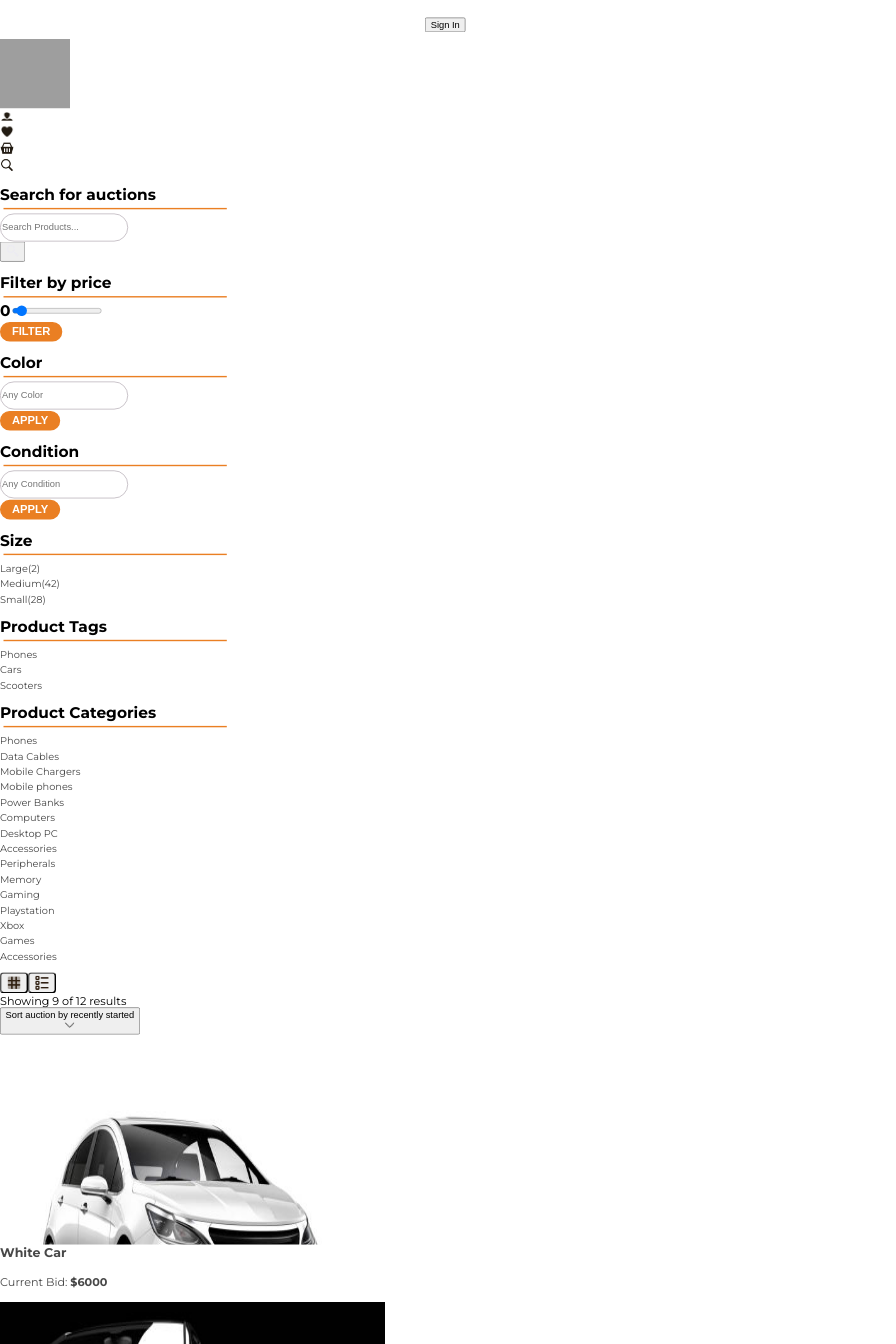
Repository: Arzun000/auction
Page: /shop
An editor plug-in stored every save of this project. The page is shown before and after the next save, followed by the edit.
The browser window is 1280 px wide. The pictures show the part of the page from y = 1000 to 2920 px (the page is 6263 px tall before and 6347 px after), at 70% of full size.
Pictures or frames that could not be fetched are drawn as grey boxes. The project was rebuilt for these pictures with package versions that can differ from the ones it lists, and the page was loaded fresh each time. The framework's server and built-in components were replaced by stand-ins that run in the browser. Also part of the build but not shown: next.config.js, webpack.config.js, components/Testpage.js, pages/shop/Shop.module.css, components/icons/Iconsverticalbid.js, components/icons/Iconsverticalbuy.js.

Above is the page before, as saved 2022-04-03 17:45:51.

### pages/_app.js
import "../styles/globals.css";
import "tailwindcss/tailwind.css";
import "slick-carousel/slick/slick.css";
import "slick-carousel/slick/slick-theme.css";

function MyApp({ Component, pageProps }) {
  return <Component {...pageProps} />;
}

export default MyApp;

### components/header/Headerthree.js
import React from "react";
import Link from "next/link";
import { fallDown as Menu } from "react-burger-menu";
import styles from "./Headerthree.module.css";
import { createPopper } from "@popperjs/core";

export const Headerthree = () => {
  const [dropdownPopoverShow, setDropdownPopoverShow] = React.useState(false);
  const btnDropdownRef = React.createRef();
  const popoverDropdownRef = React.createRef();
  const openDropdownPopover = () => {
    createPopper(btnDropdownRef.current, popoverDropdownRef.current, {
      placement: "bottom-start",
    });
    setDropdownPopoverShow(true);
  };
  const closeDropdownPopover = () => {
    setDropdownPopoverShow(false);
  };

  return (
    <>
      <div className="navbar hidden md:block  bg-[#ea7f23]">
        <nav className=" shadow dark:bg-gray-800 text-[#334141] text-[14px] font-[400]">
          <div className="mx-[20px] h-[70px]  md:flex md:items-center md:justify-between">
            <div className="flex items-center justify-between">
              <div className="cat-dropdown bg-white pt-[10px] h-[70px] text-[#484848]">
                <button
                  className=" font-bold uppercase text-sm px-6 py-4 outline-none focus:outline-none mr-1 mb-1 ease-linear transition-all duration-150"
                  type="button"
                  ref={btnDropdownRef}
                  onClick={() => {
                    dropdownPopoverShow
                      ? closeDropdownPopover()
                      : openDropdownPopover();
                  }}
                >
                  <div className="inline-flex">
                    <img
                      src="/static/icons/menu_50px.png"
                      className="mr-2"
                      height={15}
                      width={15}
                    ></img>
                    CATEGORIES
                  </div>
                </button>
                {/* Dropdown Items */}
                <div
                  ref={popoverDropdownRef}
                  className={
                    (dropdownPopoverShow ? "block " : "hidden ") +
                    "bg-white text-base z-50 float-left pt-[10px] divide-y divide-gray-100 list-none text-left rounded shadow-lg min-w-48"
                  }
                >
                  <div>
                    <a
                      href="#pablo"
                      className="text-sm hover:bg-gray-100 text-gray-700 block px-4 py-[10px]"
                      onClick={(e) => e.preventDefault()}
                    >
                      Laptop, Tablets & Phones
                    </a>
                  </div>
                  <div>
                    <a
                      href="#pablo"
                      className="text-sm hover:bg-gray-100 text-gray-700 block px-4 py-[10px]"
                      onClick={(e) => e.preventDefault()}
                    >
                      PC, Pheripherals & Software
                    </a>
                  </div>
                  <div>
                    <a
                      href="#pablo"
                      className="text-sm hover:bg-gray-100 text-gray-700 block px-4 py-[10px]"
                      onClick={(e) => e.preventDefault()}
                    >
                      Laptop & IT Products
                    </a>
                  </div>
                  <div>
                    <a
                      href="#pablo"
                      className="text-sm hover:bg-gray-100 text-gray-700 block px-4 py-[10px]"
                      onClick={(e) => e.preventDefault()}
                    >
                      TV, Audio-Video & Photo
                    </a>
                  </div>
                  <div>
                    <a
                      href="#pablo"
                      className="text-sm hover:bg-gray-100 text-gray-700 block px-4 py-2"
                      onClick={(e) => e.preventDefault()}
                    >
                      Game & Consoles
                    </a>
                  </div>
                </div>
              </div>
            </div>

            <div className="flex-1 md:flex md:items-center md:justify-between">
              <div className="flex flex-col md:flex-row md:items-center ml-[10px]">
                <div className={styles.container}>
                  <div className={styles.card}>
                    <Link href="/">
                      <a>
                        <div className={styles.title}>Home</div>
                      </a>
                    </Link>
                  </div>
                  {/* List inside Home */}
                  <div className={styles.cardflip}>
                    <ul className="absolute bg-white shadow-sh-search w-[180px] text-center text-gray-700 group-hover:block ">
                      <li className=" px-4 pt-6 font-bold">DEMOS</li>
                      <li class="">
                        <a
                          className="hover:text-[#ea7f23] py-2 px-4 block  whitespace-no-wrap"
                          href="#"
                        >
                          Main Demo
                        </a>
                      </li>
                      <li className="">
                        <a
                          className=" hover:text-[#ea7f23] py-2 px-4 block whitespace-no-wrap"
                          href="#"
                        >
                          Automotive
                        </a>
                      </li>
                      <li className="">
                        <a
                          className="hover:text-[#ea7f23] py-2 px-4 block whitespace-no-wrap"
                          href="#"
                        >
                          Wordpress
                        </a>
                      </li>
                    </ul>
                  </div>
                </div>
                <div className={styles.container}>
                  <div className={styles.card}>
                    <Link href="./shop">
                      <a>
                        <div className={styles.title}>Shop</div>
                      </a>
                    </Link>
                  </div>
                  {/* List inside shop */}
                  <div className={styles.cardflip}>
                    <ul className="absolute bg-white shadow-sh-search w-[600px] -z-1 text-center text-gray-700 group-hover:block ">
                      <div className="inline-flex">
                        <div className="shop-menu-left">
                          <li className=" px-4 pt-6 font-bold">
                            IT & Computer
                          </li>
                          <li className="">
                            <a
                              className="hover:text-[#ea7f23] py-2 px-4 block whitespace-no-wrap"
                              href="#"
                            >
                              Laptops
                            </a>
                          </li>
                          <li className="">
                            <a
                              className=" hover:text-[#ea7f23] py-2 px-4 block whitespace-no-wrap"
                              href="#"
                            >
                              Desktops
                            </a>
                          </li>
                          <li className="">
                            <a
                              className="hover:text-[#ea7f23] py-2 px-4 block whitespace-no-wrap"
                              href="#"
                            >
                              Graphic Cards
                            </a>
                          </li>
                          <li className="">
                            <a
                              className="hover:text-[#ea7f23] py-2 px-4 block whitespace-no-wrap"
                              href="#"
                            >
                              Work Stations
                            </a>
                          </li>
                          <li className="">
                            <a
                              className="hover:text-[#ea7f23] py-2 px-4 block whitespace-no-wrap"
                              href="#"
                            >
                              RAM
                            </a>
                          </li>
                        </div>
                        <div className="shop-menu-mid">
                          <li className=" px-4 pt-6 font-bold">WEARABLE</li>
                          <li className="">
                            <a
                              className="hover:text-[#ea7f23] py-2 px-4 block whitespace-no-wrap"
                              href="#"
                            >
                              Smart Watches
                            </a>
                          </li>
                          <li className="">
                            <a
                              className=" hover:text-[#ea7f23] py-2 px-4 block whitespace-no-wrap"
                              href="#"
                            >
                              Fitness Bracelets
                            </a>
                          </li>
                          <li className="">
                            <a
                              className="hover:text-[#ea7f23] py-2 px-4 block whitespace-no-wrap"
                              href="#"
                            >
                              Masks
                            </a>
                          </li>
                          <li className="">
                            <a
                              className="hover:text-[#ea7f23] py-2 px-4 block whitespace-no-wrap"
                              href="#"
                            >
                              Electronic Tagging
                            </a>
                          </li>
                        </div>
                        <div className="shop-menu-right">
                          {" "}
                          <li className=" px-4 pt-6 font-bold">PHONES</li>
                          <li className="">
                            <a
                              className="hover:text-[#ea7f23] py-2 px-4 block whitespace-no-wrap"
                              href="#"
                            >
                              Phone Cases
                            </a>
                          </li>
                          <li className="">
                            <a
                              className=" hover:text-[#ea7f23] py-2 px-4 block whitespace-no-wrap"
                              href="#"
                            >
                              Android
                            </a>
                          </li>
                          <li className="">
                            <a
                              className="hover:text-[#ea7f23] py-2 px-4 block whitespace-no-wrap"
                              href="#"
                            >
                              Smart Phones
                            </a>
                          </li>
                          <li className="">
                            <a
                              className="hover:text-[#ea7f23] py-2 px-4 block whitespace-no-wrap"
                              href="#"
                            >
                              Chargers
                            </a>
                          </li>
                          <li className="">
                            <a
                              className="hover:text-[#ea7f23] py-2 px-4 block whitespace-no-wrap"
                              href="#"
                            >
                              Apple Phones
                            </a>
                          </li>
                        </div>
                      </div>
                    </ul>
                  </div>
                </div>
                <div className={styles.container}>
                  <div className={styles.card}>
                    <Link href="./blog-list">
                      <a>
                        <div className={styles.title}>Blog</div>
                      </a>
                    </Link>
                  </div>
                </div>
                <div className={styles.container}>
                  <div className={styles.card}>
                    <Link href="./aboutus">
                      <a>
                        <div className={styles.title}>About Us</div>
                      </a>
                    </Link>
                  </div>
                </div>
                <div className={styles.container}>
                  <div className={styles.card}>
                    <Link href="./contact">
                      <a>
                        <div className={styles.title}>Contact</div>
                      </a>
                    </Link>
                  </div>
                </div>
                <div className={styles.container}>
                  <div className={styles.card}>
                    <Link href="#">
                      <a>
                        <div className={styles.title}>404</div>
                      </a>
                    </Link>
                  </div>
                </div>
                <div className={styles.container}>
                  <div className={styles.card}>
                    <Link href="#">
                      <a>
                        <div className={styles.title}>External Links</div>
                      </a>
                    </Link>
                  </div>
                </div>
              </div>

              <div className="md:flex items-center mt-4 md:mt-0">
                <div className={styles.container}>
                  <div className={styles.card}>
                    <button
                      type="button"
                      className="flex items-center text-white focus:outline-none"
                    >
                      <Link href="./sign-in">
                        <div className={styles.title}>Sign In</div>
                      </Link>
                    </button>
                  </div>
                </div>
              </div>
            </div>
          </div>
        </nav>
      </div>
      <div className="md:hidden flex bg-blue-300 items-center">
        <div className="container-logo p-4 ">
          <img src="/static/logo-ibid.png" height={100} width={100}></img>
        </div>
        <div className="menu-icons ml-auto mr-0 pt-[2px] inline-flex">
          <div className="ml-[20px] pt-[7px]">
            <Link href="#">
              <a>
                <img src="/static/icons/user.png" height={15} width={20}></img>
              </a>
            </Link>
          </div>
          <div className="ml-[20px] pt-[7px]">
            <Link href="#">
              <a>
                <img
                  src="/static/icons/heart_black.png"
                  height={20}
                  width={20}
                ></img>
              </a>
            </Link>
          </div>
          <div className="ml-[20px] pt-[7px]">
            <Link href="#">
              <a>
                <img
                  src="/static/icons/basket_black.png"
                  height={20}
                  width={20}
                ></img>
              </a>
            </Link>
          </div>
          <div className="ml-[20px] pt-[7px]">
            <Link href="#">
              <a>
                <img
                  src="/static/icons/search_black.png"
                  height={20}
                  width={20}
                ></img>
              </a>
            </Link>
          </div>
        </div>
      </div>
    </>
  );
};

### components/header/Headerthree.module.css
.card {
  position: relative;
  display: block;
  margin: 4px 10px 4px 2px;
  text-align: center;
  font-size: 14px;
  font: white;
  font-weight: 500;
  width: auto;
  z-index: 0;
  height: 30px;
  padding: 4px 10px;
}

.cardflip {
  position: absolute;
  display: block;
  margin-top: 50px;
  margin-left: 10px;
  visibility: hidden;
  transition: transform 0.35s;
  transform-origin: left;
  z-index: 0;
  width: auto;
  height: 120px;
}

.card::after {
  position: absolute;
  content: "";
  width: 0%;
  height: 4px;
  background-color: red;
  left: 50%;
  bottom: -10px;
  transition: all 0.4s ease-in-out;
}

.container {
  perspective: 800px;
  color: white;
  padding-top: 5px auto 5px;
}

.container:hover .cardflip {
  transform: translateY(-42px);
  height: auto;
  visibility: visible;
  z-index: 10;
}

.title::after {
  position: absolute;
  content: "";
  width: 0%;
  height: 2px;
  background-color: rgb(255, 255, 255);
  left: 50%;
  bottom: 30px;
  transition: all 0.4s ease-in-out;
}
.container:hover .title::after {
  width: 100%;
  left: 0;
}

Loaded but not shown: data/shopitem.json (65 lines, source omitted); components/footer/Footer.js (267 lines, source omitted); components/shop/Shopleftnav.js (222 lines, source omitted); components/header/Headerone.js (168 lines, source omitted); pages/shop/index.js (86 lines, source omitted); components/header/Headertwo.js (78 lines, source omitted); components/shop/Shopcontent.js (58 lines, source omitted); pages/_document.js (32 lines, source omitted); components/header/Header.js (28 lines, source omitted); styles/globals.css (892 lines, source omitted); components/shop/Shopcontent.module.css (130 lines, source omitted)

After the next save:
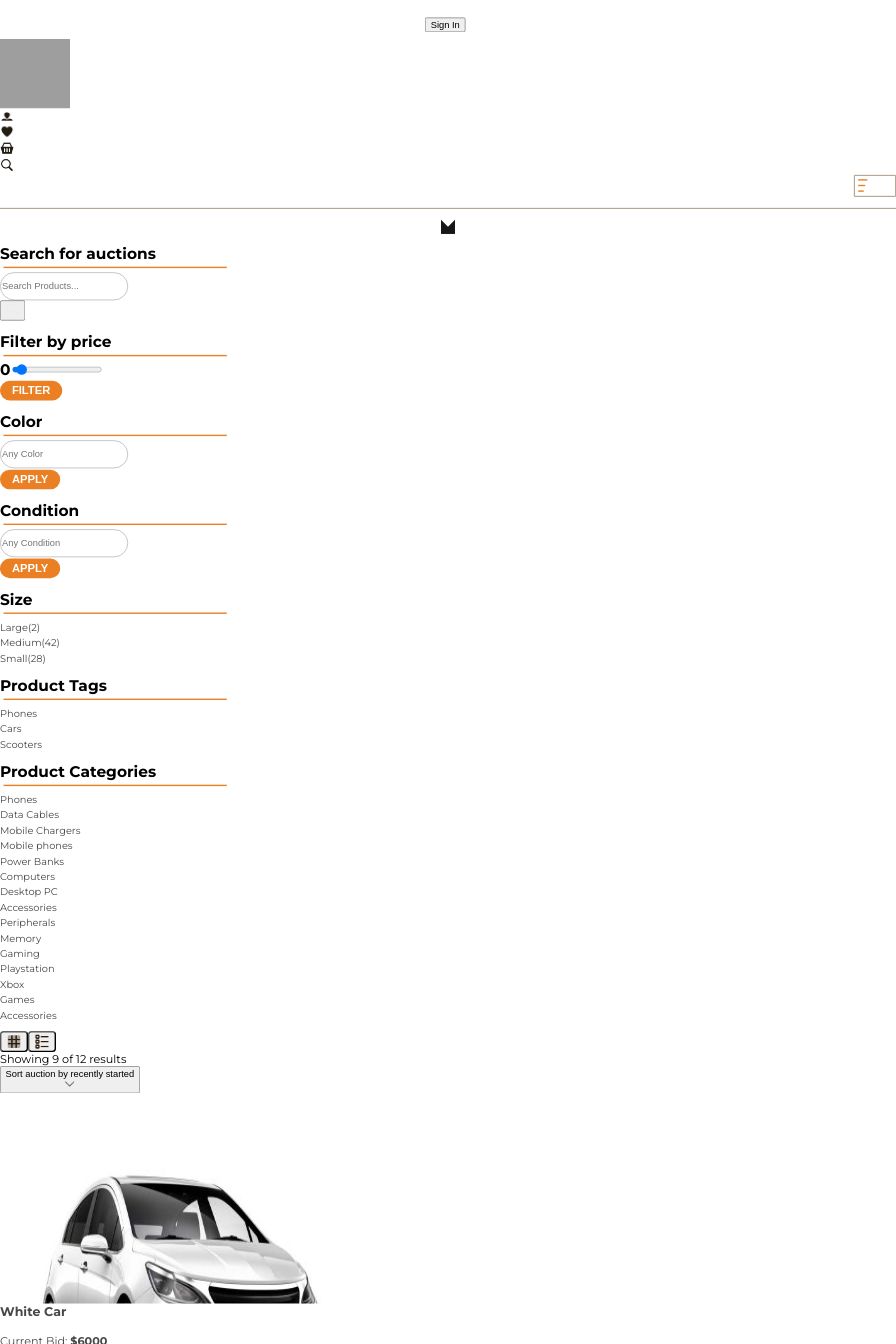
Saved 3 min 6 s later.
--- a/components/header/Headerthree.js
+++ b/components/header/Headerthree.js
@@ -5,6 +5,7 @@ import styles from "./Headerthree.module.css";
 import { createPopper } from "@popperjs/core";
 
 export const Headerthree = () => {
+  // Catrgories dropdown functions
   const [dropdownPopoverShow, setDropdownPopoverShow] = React.useState(false);
   const btnDropdownRef = React.createRef();
   const popoverDropdownRef = React.createRef();
@@ -17,6 +18,8 @@ export const Headerthree = () => {
   const closeDropdownPopover = () => {
     setDropdownPopoverShow(false);
   };
+
+  // Mobile menu functions
 
   return (
     <>
@@ -348,6 +351,8 @@ export const Headerthree = () => {
           </div>
         </nav>
       </div>
+
+      {/* Mobile menu icons */}
       <div className="md:hidden flex bg-blue-300 items-center">
         <div className="container-logo p-4 ">
           <img src="/static/logo-ibid.png" height={100} width={100}></img>
@@ -393,6 +398,72 @@ export const Headerthree = () => {
               </a>
             </Link>
           </div>
+          <div className="hamburger ml-[20px] pt-[7px]">
+            <div class="container">
+              <div class="lines-container">
+                <div class="line line-1"></div>
+                <div class="line line-2"></div>
+                <div class="line line-3"></div>
+              </div>
+              <ul class="menu">
+                <li>
+                  <a href="#" class="outer">
+                    About
+                  </a>
+                </li>
+                <li>
+                  <a href="#" class="outer blog">
+                    Blog
+                  </a>
+                  <ul class="blog-child">
+                    <li>
+                      <a href="#" class="inner">
+                        Tech
+                      </a>
+                    </li>
+                    <li>
+                      <a href="#" class="inner">
+                        Travels
+                      </a>
+                    </li>
+                    <li>
+                      <a href="#" class="inner">
+                        Gaming
+                      </a>
+                    </li>
+                  </ul>
+                </li>
+                <li>
+                  <a href="#" class="outer contact">
+                    Contacts
+                  </a>
+                  <ul class="contact-child">
+                    <li>
+                      <a href="#" class="inner">
+                        Email
+                      </a>
+                    </li>
+                    <li>
+                      <a href="#" class="inner">
+                        Social Media
+                      </a>
+                    </li>
+                    <li>
+                      <a href="#" class="inner">
+                        Address
+                      </a>
+                    </li>
+                  </ul>
+                </li>
+                <li>
+                  <a href="#" class="outer">
+                    CV
+                  </a>
+                </li>
+              </ul>
+              <div class="pointer"></div>
+            </div>
+          </div>
         </div>
       </div>
     </>
